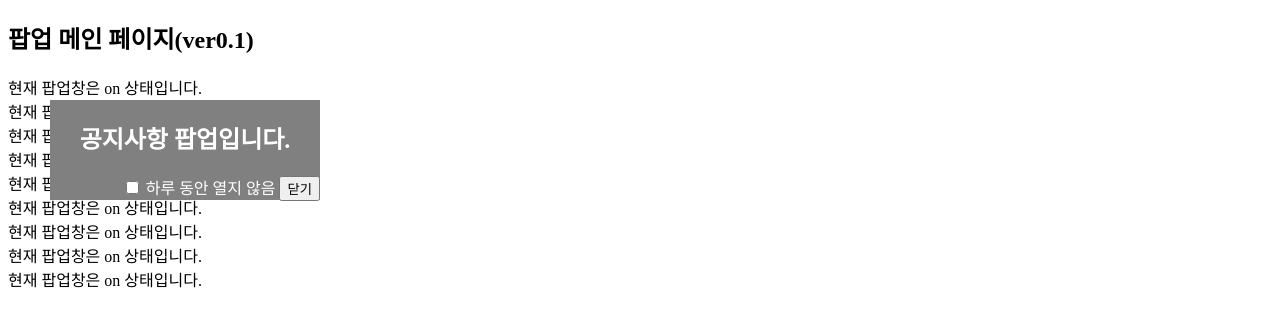
Repository: bluelessman/JSPServlet
Page: http://localhost/ServletStudy/04Cookie/PopupMain.jsp
An editor plug-in stored every save of this project. The page is shown before and after the next save, followed by the edit.
The browser window is 1280 px wide. The pictures show the whole page.
The page is served by Tomcat 10. Other server files are loaded and not shown.

Above is the page before, as saved 2023-12-13 01:40:21.

### ServletStudy/src/main/webapp/04Cookie/PopupMain.jsp
<%@ page language="java" contentType="text/html; charset=UTF-8"
    pageEncoding="UTF-8"%>
    <%
    String popupMode = "on";
    %>
<!DOCTYPE html>
<html>
<head>
<meta charset="UTF-8">
<title>쿠키를 이용한 팝업 관리 ver 0.1</title>
<style>
div#popup{
position: absolute; top:100px; left:50px; color:white; width:270px;height:100px;background-color:gray;
}
div$popup>div{
position:relatvie; background-color:white; top:0px; border:1px solid gray; padding:10x;color:black;
}
</style>
<script src="https:/ajax.googleapis.com/ajax/libs/jquery/3.7.0/jquery.min.js"></script>
<script>
$(function(){
$('#closeBtn').click(function(){
	$('#popup').hide();
});
});
</script>
</head>
<body>
<h2>팝업 메인 페이지(ver0.1)</h2>
<%
for(int i=1;i<10;i++){
	out.print("현재 팝업창은 " + popupMode + " 상태입니다.<br/>");
}
if(popupMode.equals("on")){
%>
<div id="popup">
<h2 align="center">공지사항 팝업입니다.</h2>
<div align="right"><form name="popFrm">
<input type="checkbox" id="inactiveToday" value="1"/>
하루 동안 열지 않음
<input type="button" value="닫기" id="closeBtn"/>
</form></div>
</div>
<%
}
%>
</body>
</html>

After the next save:
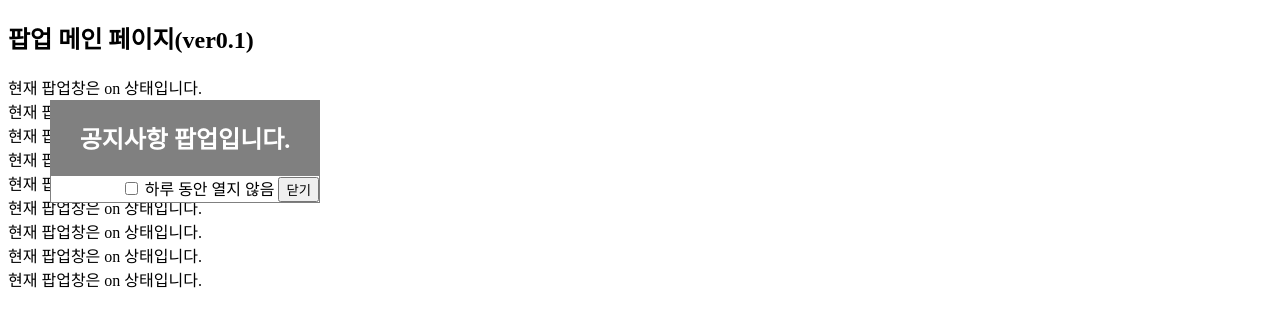
Saved 24 s later.
--- a/ServletStudy/src/main/webapp/04Cookie/PopupMain.jsp
+++ b/ServletStudy/src/main/webapp/04Cookie/PopupMain.jsp
@@ -9,10 +9,10 @@
 <meta charset="UTF-8">
 <title>쿠키를 이용한 팝업 관리 ver 0.1</title>
 <style>
-div#popup{
+#popup{
 position: absolute; top:100px; left:50px; color:white; width:270px;height:100px;background-color:gray;
 }
-div$popup>div{
+#popup>div{
 position:relatvie; background-color:white; top:0px; border:1px solid gray; padding:10x;color:black;
 }
 </style>
